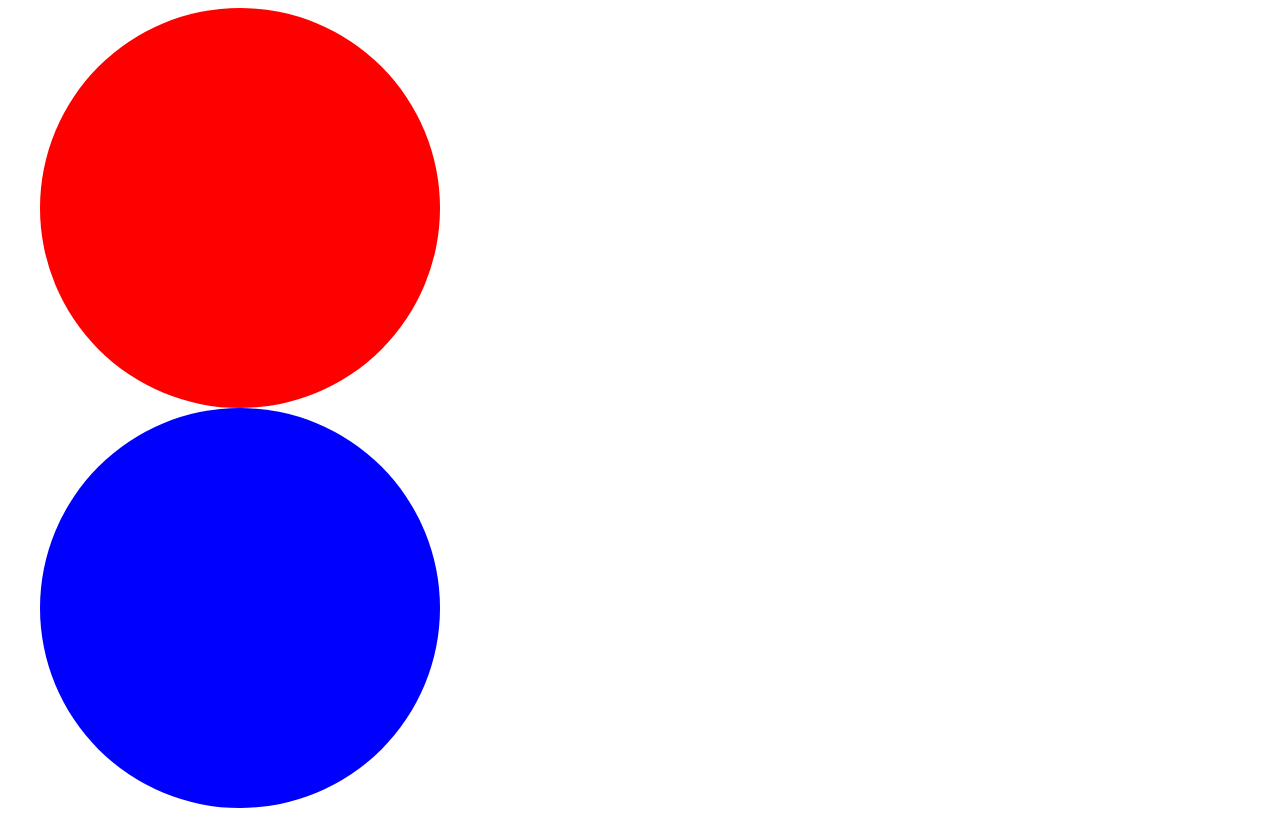
Repository: dovanluyen1996/Test-Git-PR
Page: index.html
These files come from the project's save history. The page is drawn as it stood at one moment and after the next save; the edit follows.
The browser window is 1280 px wide. The pictures show the whole page.

Above is the page before, as saved 2021-09-06 23:11:35.

After the next save:
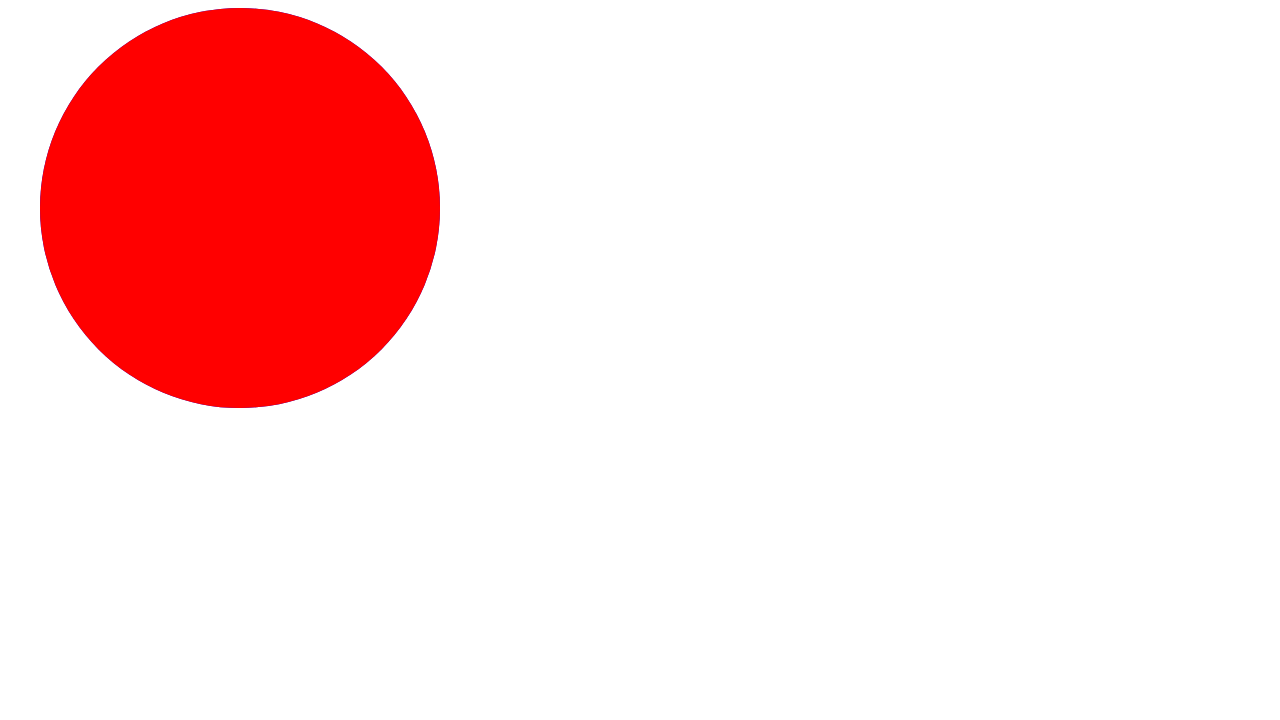
Saved 31 s later.
--- a/css/style.css
+++ b/css/style.css
@@ -3,8 +3,10 @@ body {
 .container {
   max-width: 1200px;
   margin: 0 auto;
+  position: relative;
 }
 .test1 {
+  position: absolute;
   width: 400px;
   height: 400px;
   background-color: red;
